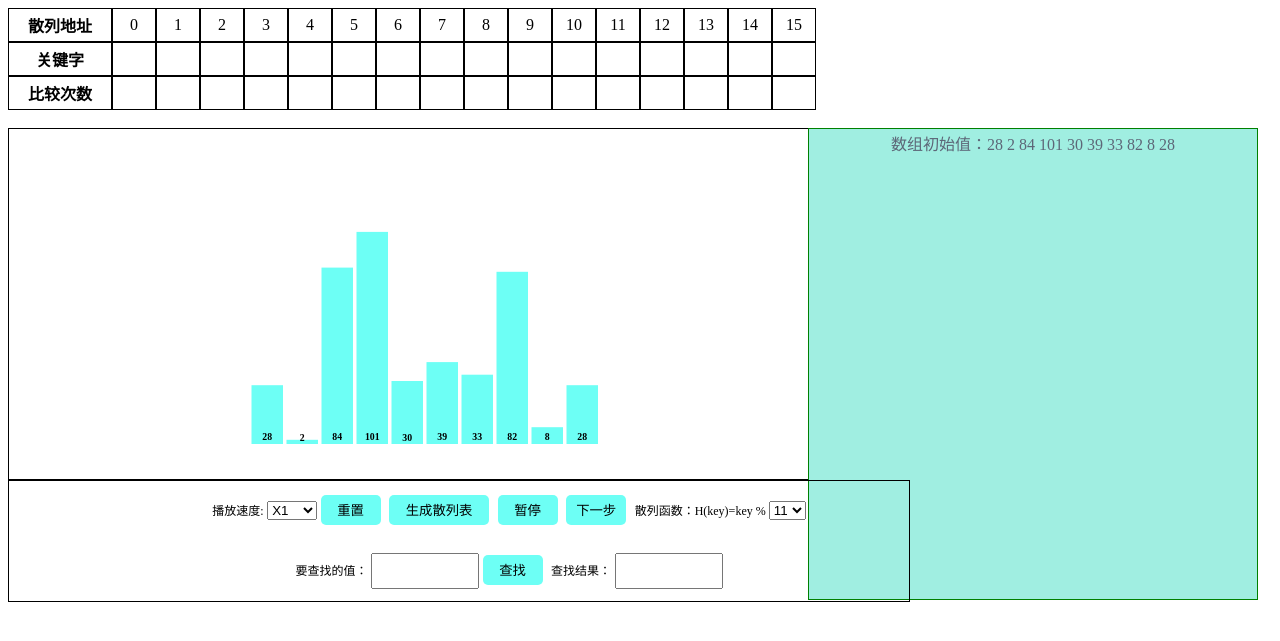
Repository: aaa615/Visualization-of-data-structure-algorithms
Page: dataStructure/WebContent/animation/search/hashSearch/hashSearch.html
An editor plug-in stored every save of this project. The page is shown before and after the next save, followed by the edit.
The browser window is 1280 px wide. The pictures show the whole page.

Above is the page before, as saved 2021-05-20 04:28:40.

After the next save:
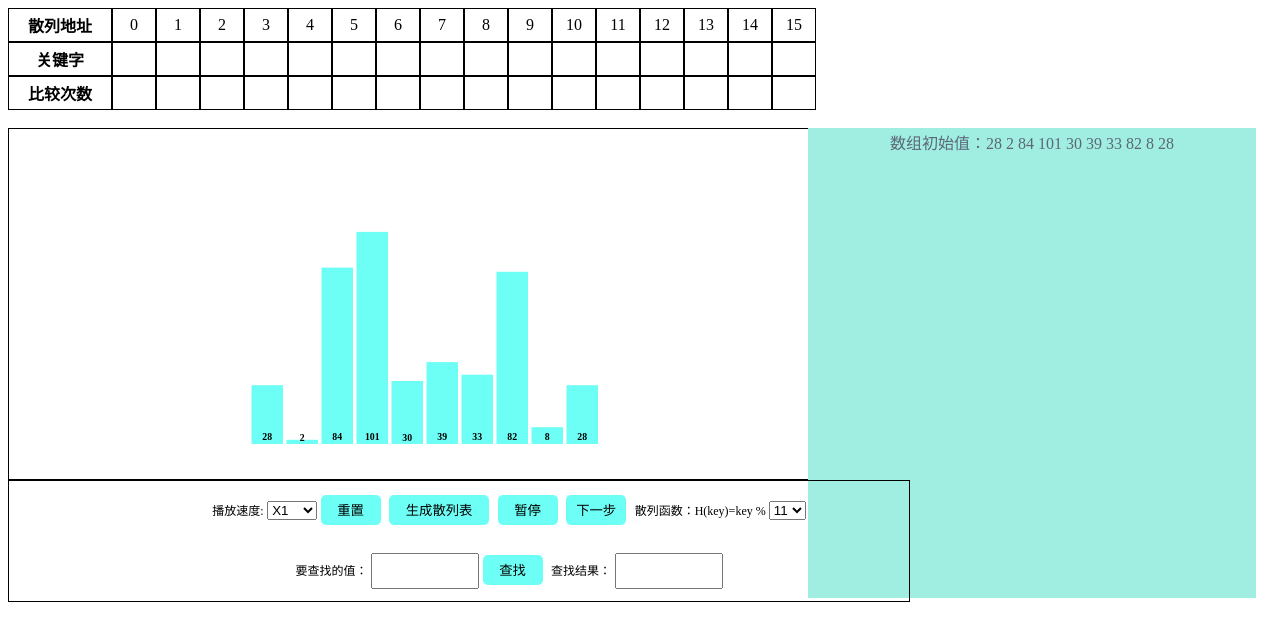
Saved 67 s later.
--- a/dataStructure/WebContent/animation/search/hashSearch/hashSearch.css
+++ b/dataStructure/WebContent/animation/search/hashSearch/hashSearch.css
@@ -33,7 +33,8 @@ td{
     top: 120px;
     width: calc(100% - 800px - 1rem);
     height: 470px;
-    border: 1px green solid;
+    overflow: auto;
+    background-color: rgba(160,238,225,1);
     font: 22px "Microsoft YaHei UI";
     color: #5d6778;
     line-height: 44px;
